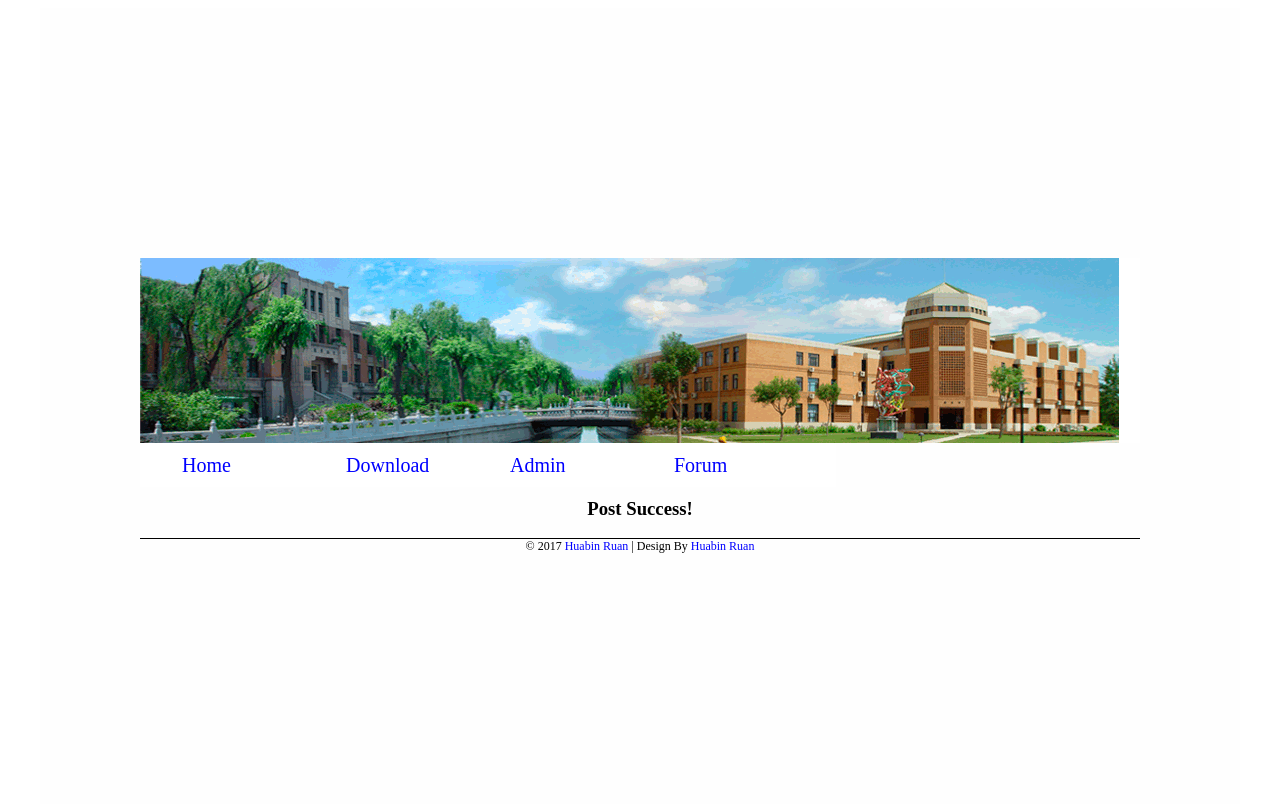
Repository: ruanhuabin/LifeSoftwareWebSite
Page: http://localhost/CryoEM/test.jsp
These files come from the project's save history. The page is drawn as it stood at one moment and after the next save; the edit follows.
The browser window is 1280 px wide. The pictures show the whole page.
The page is served by Tomcat 9. Nobody is signed in. The application's start-up code is not run. Other server files are loaded and not shown.

Above is the page before, as saved 2017-08-11 05:56:35.

### CryoEM/WebRoot/test.jsp
<%@ page language="java" import="java.util.*" pageEncoding="utf-8"%>
<%@ taglib prefix="s" uri="/struts-tags"%>
<%
String path = request.getContextPath();
String basePath = request.getScheme()+"://"+request.getServerName()+":"+request.getServerPort()+path+"/";
%>


<!DOCTYPE html PUBLIC "-//W3C//DTD XHTML 1.0 Transitional//EN" "http://www.w3.org/TR/xhtml1/DTD/xhtml1-transitional.dtd">
<html xmlns="http://www.w3.org/1999/xhtml">
<head>
<meta http-equiv="Content-Type" content="text/html; charset=utf-8" />
<link href="<%=basePath%>/style.css" rel="stylesheet" type="text/css" />
</head>
<body>


<div id="main-container">
<div id="header"></div>
<div id="navigation">
	<ul>
		<li><a href="<%=path%>/index.jsp">Home</font></a></li>
		<li><a href="<%=path%>/user/User_listSoftware.action">Download</a></li>
		<li><a href="<%=path%>/post/Admin_toAdmin.action">Admin</a></li>
		<li><a href="http://10.10.32.133/thunder/answers/">Forum</a></li>
	</ul>
</div>
<script type="text/javascript">
		var index_plist = {
			obj : document.getElementById("navigation")
					.getElementsByTagName("li"),
			currObj : null,
			init : function() {
				for (i = 0; i < index_plist.obj.length; i++) {
					eval("index_plist.obj[i].getElementsByTagName('a')[0].onclick=function(){this.className='curr';if(index_plist.currObj){index_plist.currObj.className=''}index_plist.currObj=this}");
				}
			}
		};
		index_plist.init();
</script>


<br/>
<br/>

 <h3 align="center">
	 Post Success!
 </h3>


<div id="footer">&copy; 2017 <a href="mailto:ruanhuabin@tsinghua.edu.cn">Huabin Ruan</a> | Design By <a href="#">Huabin Ruan</a> </div>
</div>


</body>
</html>

### CryoEM/WebRoot/style.css
#header {height:185px; width:100%;background-image: url(images/banner.png);background-repeat: no-repeat; background-color:white;}
body
{
	background-color:white;
	font-family: "Times New Roman",Georgia,Serif
}
#footer {
	width:100%;
	border-top:  #000000 1px solid;
	text-align:center;
	font-size:12px;
	}


.form-div {
    /* border: 1px solid black; */
    margin-top: 50px;
    margin-bottom: 100px;
    margin-right: 150px;
    margin-left: 80px;
    background-color: white;
}

#admin-login-form {

   /*  margin-top: 50px;
    margin-bottom: 100px;
    margin-right: 150px;
    margin-left: 200px;
    background-color: white; */
    align: center

}



#content-div {
   /*  border: 1px solid black; */
    margin-top: 40px;
    margin-bottom: 100px;
    margin-right: 150px;
    margin-left: 0px;
    background-color: white;
}


#main-container {
	width:1000px;
	/* width:80% */
	border: #000000 0px solid;
	margin: 0 auto;
 	background-color:#FEFEFE;
   /*  background-color:white; */

    clear:both;
	padding:250px 100px;
	}

#leftbar {
	float:left;
	width:800px;
	border-right:1px solid #BCBDBC;
}

#rightbar {
	float:left;
	width:200px;
}

a
{
	text-decoration: none;
	color:blue;
}

a:hover
{
	color:red;
}
a:visited
{
	color: blue;
}

ul {margin-left: 0; padding-left: 40px;}

#navigation{list-style:none; text-align:left; font-size:20px; background:white; float:left}
#navigation li{width:160px; height:20px; line-height:0px; float:left; margin:2px; list-style:none;}
#navigation a{height:100%; display:block; text-decoration:none}
#navigation .curr{background:url(sub/images/nav_on.png); color:red;}

After the next save:
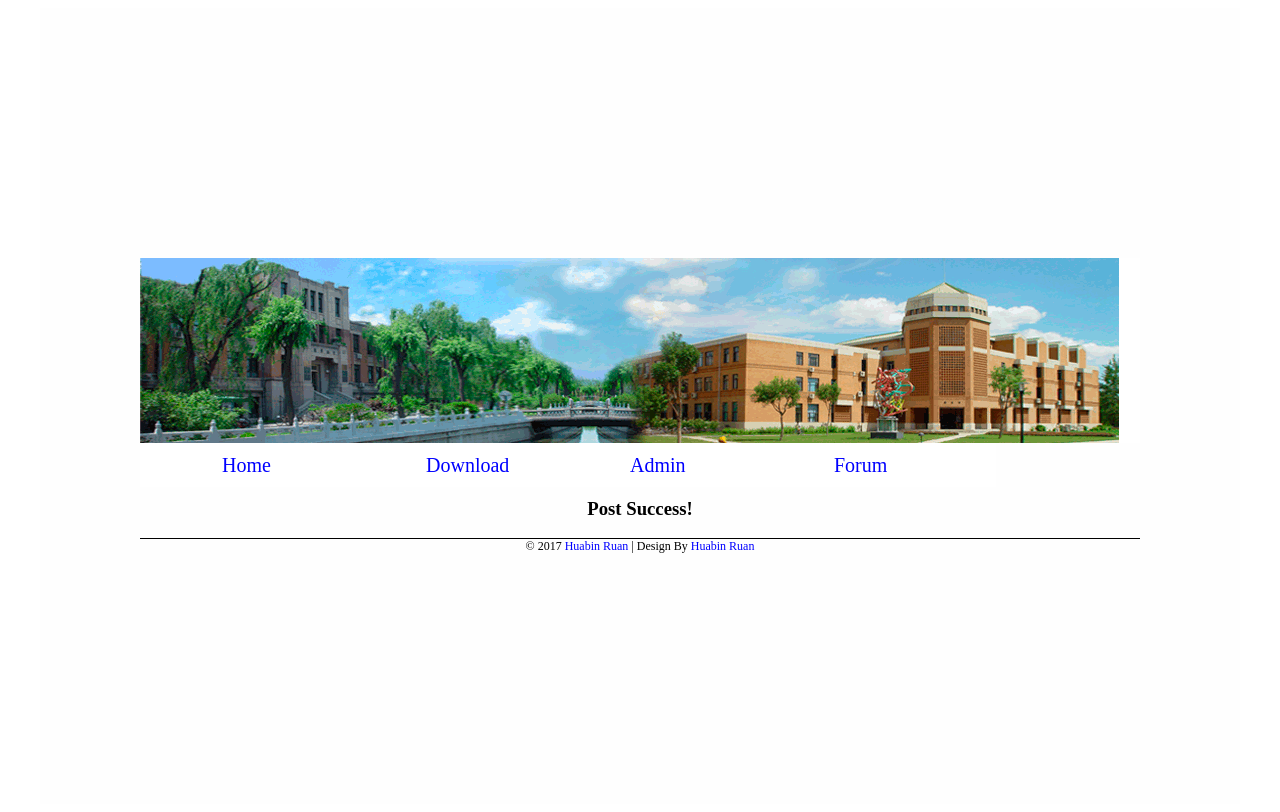
Saved 9 s later.
--- a/CryoEM/WebRoot/style.css
+++ b/CryoEM/WebRoot/style.css
@@ -83,6 +83,7 @@ a:visited
 }
 
 ul {margin-left: 0; padding-left: 40px;}
+li {margin-left: 0; padding-left: 40px;}
 
 #navigation{list-style:none; text-align:left; font-size:20px; background:white; float:left}
 #navigation li{width:160px; height:20px; line-height:0px; float:left; margin:2px; list-style:none;}
